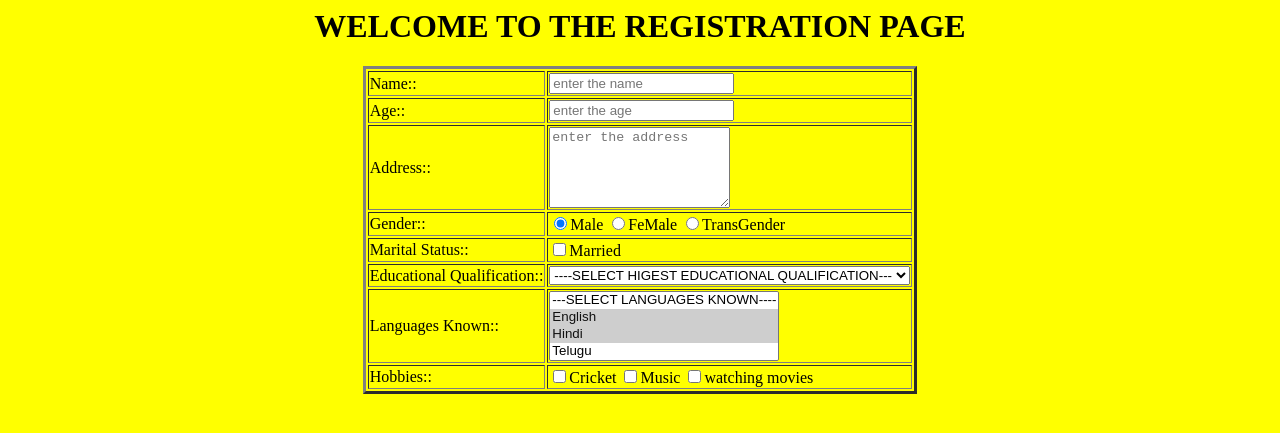
Repository: shivaramkrishna53/SERVLET_PROJECTS
Page: proj12-WorkingWithDifferentFormComponents-RegistrationApp/WebContent/input.html
These files come from the project's save history. The page is drawn as it stood at one moment and after the next save; the edit follows.
The browser window is 1280 px wide. The pictures show the whole page.

Above is the page before, as saved 2021-01-12 14:56:49.

### proj12-WorkingWithDifferentFormComponents-RegistrationApp/WebContent/input.html
<html>
<head>
<title>Registration</title>
</head>
<body bgcolor="yellow">
<center>
<h1 >WELCOME TO THE REGISTRATION PAGE</h1>
<form action="registrationurl" method="post">
<table border="3">
<tr>
<td>Name::</td>
<td>
<input type="text" name="pname" placeholder="enter the name"/>
</td>
</tr>
<tr>
<td>Age::</td>
<td>
<input type="number" name="page" placeholder="enter the age"/>
</td>
</tr>
<tr>
<td>Address::</td>
<td>
<textarea rows="5" cols="20" placeholder="enter the address" name="address"></textarea>
</td>
</tr>
<tr>
<td>Gender::</td>
<td>
<input type="radio" name="gender" value="M" checked>Male
<input type="radio" name="gender" value="F">FeMale
<input type="radio" name="gender" value="T">TransGender
</td>
</tr>
<tr>
<td>Marital Status::</td>
<td>
<input type="checkbox" value="Married">Married
</td>
</tr>
<tr>
<td>
Educational Qualification::
</td>
<td>
<select name="education">
<option>----SELECT HIGEST EDUCATIONAL QUALIFICATION---</option>
<option value="btech">B.TECH</option>
<option value="mbbs">MBBS</option>
<option value="bcom">B.COM</option>
<option value="bpharmacy">B.PHARMACY</option>
</select>
</td>
</tr>
<tr>
<td>Languages Known::</td>
<td>
<select name="languages" multiple>
<option>---SELECT LANGUAGES KNOWN----</option>
<option value="english" selected>English</option>
<option value="hindi" selected>Hindi</option>
<option value="telugu">Telugu</option>
<option value="tamil">Tamil</option>
<option value="bengali">Bengali</option>
<option value="marathi">Marathi</option>
<option value="kanada">Kanada</option>
</select>
</td>
</tr>
<tr>
<td>Hobbies::</td>
<td>
<input type="checkbox" name="hobbies" value="cricket">Cricket
<input type="checkbox" name="hobbies" value="music">Music
<input type="checkbox" name="hobbies" value="watching movies">watching movies
</td>
</tr>
</table>
</form>
</center>
</body>
</html>

After the next save:
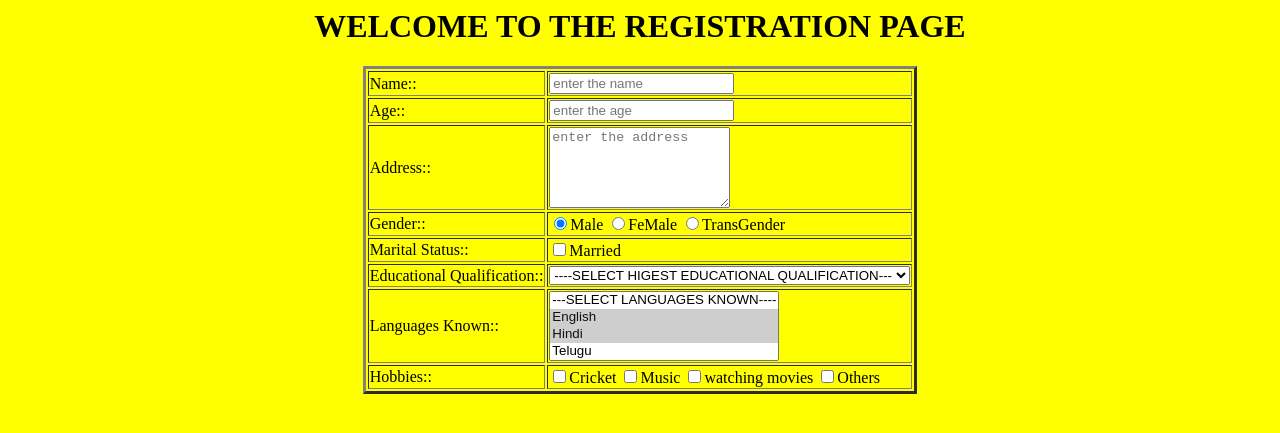
Saved 36 s later.
--- a/proj12-WorkingWithDifferentFormComponents-RegistrationApp/WebContent/input.html
+++ b/proj12-WorkingWithDifferentFormComponents-RegistrationApp/WebContent/input.html
@@ -74,6 +74,7 @@ Educational Qualification::
 <input type="checkbox" name="hobbies" value="cricket">Cricket
 <input type="checkbox" name="hobbies" value="music">Music
 <input type="checkbox" name="hobbies" value="watching movies">watching movies
+<input type="checkbox" name="hobbies" value="others">Others
 </td>
 </tr>
 </table>
